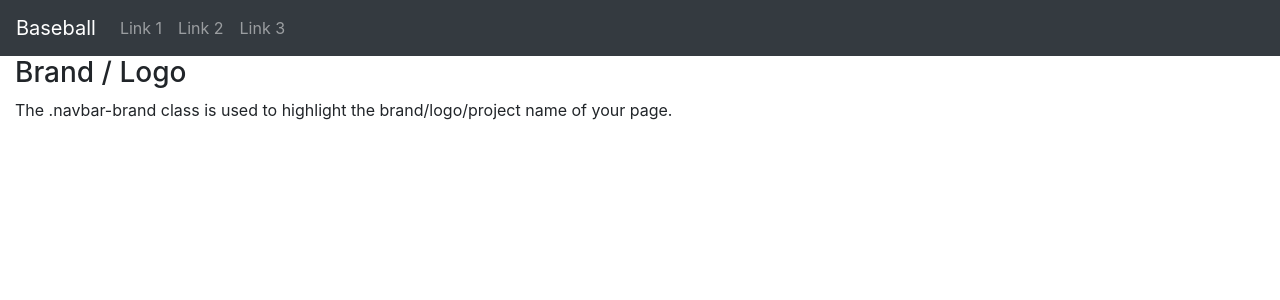
Repository: ah-ryeong/Spring_-
Page: http://localhost/main
The author's editor kept a copy of each file at every save. The page is drawn from the files as they stood at one save, then again after the next save.
The browser window is 1280 px wide. The pictures show the whole page.
The page is this project's Thymeleaf template; nobody is signed in. The template is opened directly, without the code that normally fills it, so the values that code supplies are empty.

Above is the page before, as saved 2020-09-09 02:01:36.

After the next save:
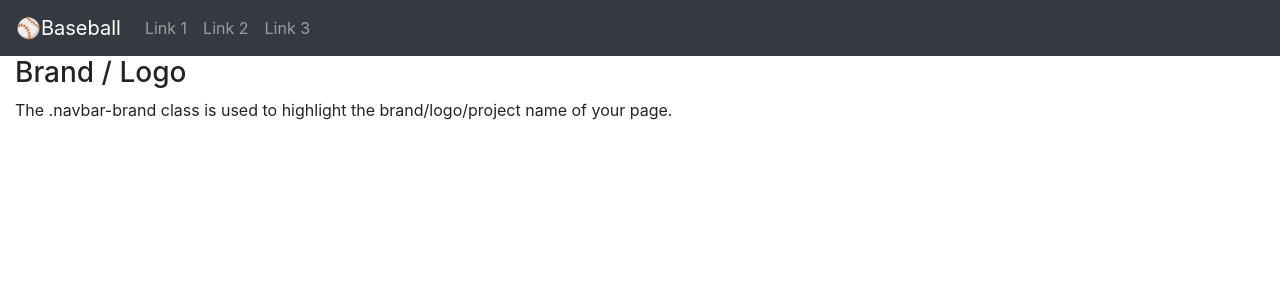
Saved 65 s later.
--- a/baseballproject/src/main/resources/templates/main.html
+++ b/baseballproject/src/main/resources/templates/main.html
@@ -13,7 +13,7 @@
 
 <nav class="navbar navbar-expand-sm bg-dark navbar-dark">
   <!-- Brand/logo -->
-  <a class="navbar-brand" href="#">Baseball</a>
+  <a class="navbar-brand" href="#">⚾Baseball</a>
 
   <!-- Links -->
   <ul class="navbar-nav">
